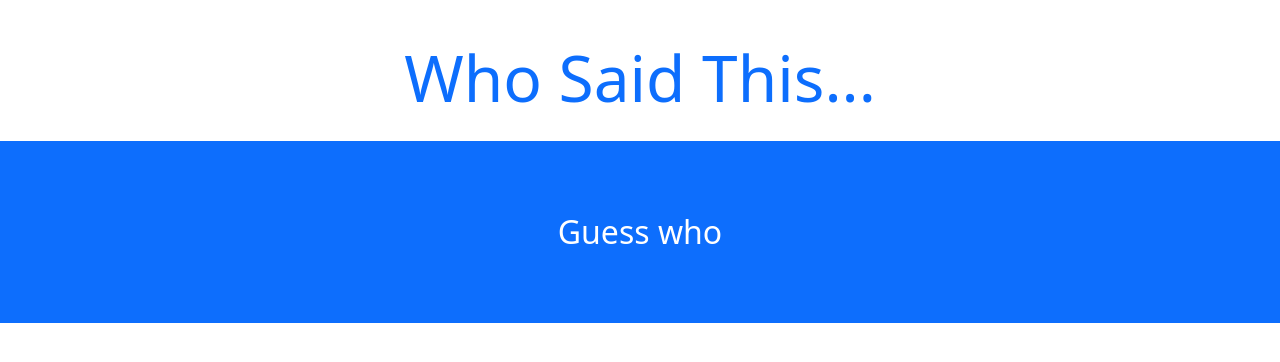
Repository: julihocc/netninja-quiz
Page: index.html
The author's editor kept a copy of each file at every save. The page is drawn from the files as they stood at one save, then again after the next save.
The browser window is 1280 px wide. The pictures show the whole page.

Above is the page before, as saved 2022-09-27 19:10:23.

### index.html
<!DOCTYPE html>
<html lang="en">

<head>
    <meta charset="UTF-8">
    <meta http-equiv="X-UA-Compatible" content="IE=edge">
    <meta name="viewport" content="width=device-width, initial-scale=1.0">

    <!-- CSS only -->
    <link href="https://cdn.jsdelivr.net/npm/bootstrap@5.2.1/dist/css/bootstrap.min.css" rel="stylesheet"
        integrity="sha384-iYQeCzEYFbKjA/T2uDLTpkwGzCiq6soy8tYaI1GyVh/UjpbCx/TYkiZhlZB6+fzT" crossorigin="anonymous">

    <title>Who Said It...</title>
</head>

<body>

    <div class="intro py-3 bg-white text-center">
        <div class="container">
            <h2 class="text-primary display-3 my-4">
                Who Said This...
            </h2>
        </div>

        <div class="quiz py-4 bg-primary">
            <div class="container lead">
                <h2 class="my-5 text-white">
                    Guess who
                </h2>
            </div>
        </div>
    <script src="app.js"></script>
</body>

</html>

Loaded but not shown: app.js (no stored copy; drawn as an empty file)

After the next save:
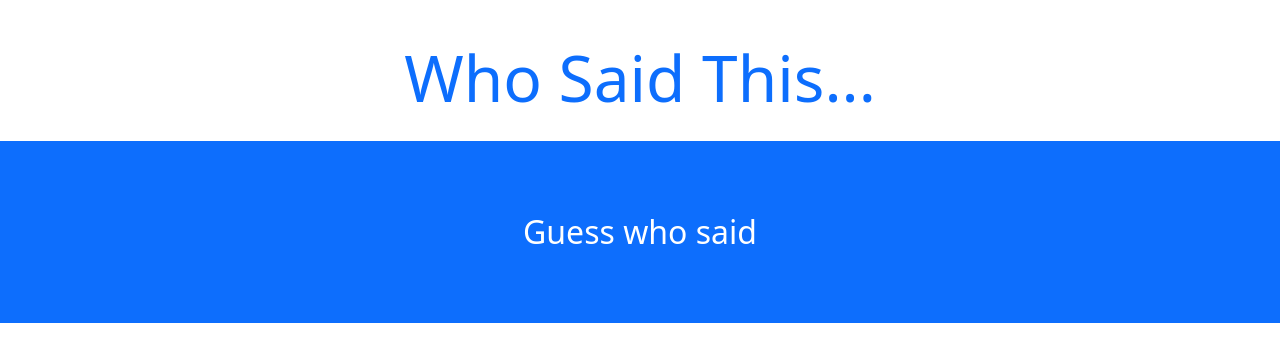
Saved 5 s later.
--- a/index.html
+++ b/index.html
@@ -25,7 +25,7 @@
         <div class="quiz py-4 bg-primary">
             <div class="container lead">
                 <h2 class="my-5 text-white">
-                    Guess who
+                    Guess who said
                 </h2>
             </div>
         </div>
